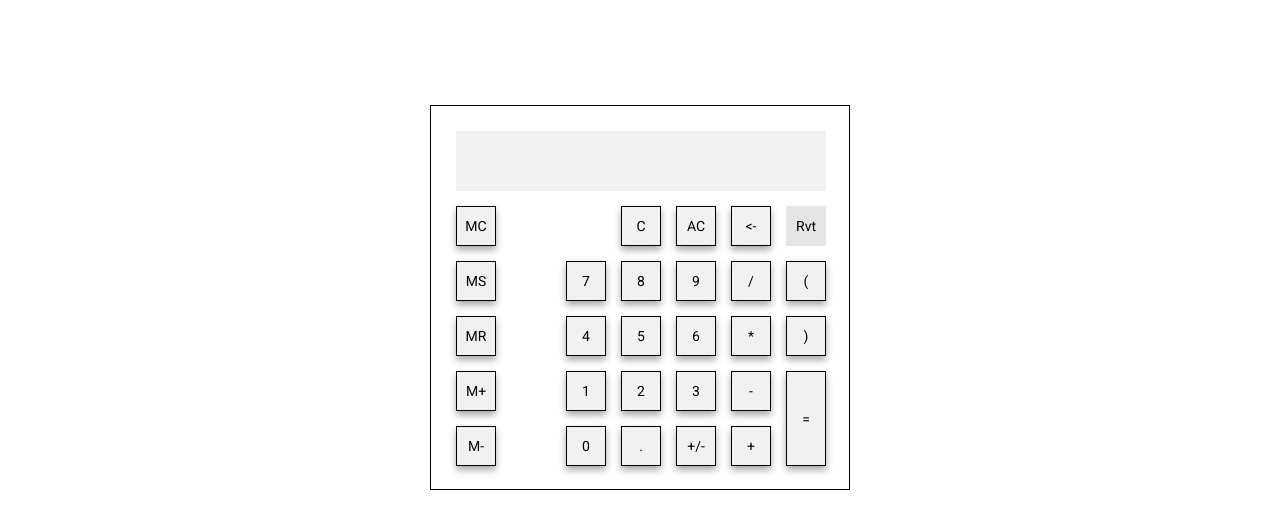
Repository: Teracle/calculator
Page: index.html
An editor plug-in stored every save of this project. The page is shown before and after the next save, followed by the edit.
The browser window is 1280 px wide. The pictures show the whole page.
After loading, the first visible `div.button` was clicked once.

Above is the page before, as saved 2022-05-07 09:42:20.
Console error: ReferenceError: textArea is not defined

### index.html
<!DOCTYPE html>
<html lang="en">
<head>
    <meta charset="UTF-8">
    <meta http-equiv="X-UA-Compatible" content="IE=edge">
    <meta name="viewport" content="width=device-width, initial-scale=1.0">
    <title>Document</title>
    <link rel="stylesheet" href="./css/style.css">

    <!--Google fonts-->
    <link rel="preconnect" href="https://fonts.googleapis.com">
    <link rel="preconnect" href="https://fonts.gstatic.com" crossorigin>
    <link href="https://fonts.googleapis.com/css2?family=Roboto&display=swap" rel="stylesheet">
    <!--Google fonts-->

</head>
<body>

    <section class="calculator">


        <div data-current-operand  class="result-field" id="result"></div>


        <div class="container">
            <div  class="previous-operand"></div>
            <div  class="current-operand"></div>

        <div class="buttons-col1">
            <div class="button">MC</div>
            <div class="button">MS</div>
            <div class="button">MR</div>
            <div class="button">M+</div>
            <div class="button">M-</div>
        </div>

        <!-- <div class="buttons-row">
            <div class="button">C</div>
            <div class="button">AC</div>
            <div class="button"><-</div>
            <div class="button button-rvt">Rvt</div>
        </div> -->

        <div class="buttons-row1">
            <div></div>
            <div data-number class="button">7</div>
            <div data-number class="button">4</div>
            <div data-number class="button">1</div>
            <div data-number class="button">0</div>

        </div>

        <div class="buttons-row2">
            <div data-all-clear id="clear" class="button">C</div>
            <div data-number class="button">8</div>
            <div data-number class="button">5</div>
            <div data-number class="button">2</div>
            <div class="button">.</div>

        </div>
        <div class="buttons-row2">
            <div data-all-clear class="button">AC</div>
            <div data-number class="button">9</div>
            <div data-number class="button">6</div>
            <div data-number class="button">3</div>
            <div class="button">+/-</div>

        </div>

        <div class="buttons-row2">
            <div data-delete class="button"><-</div>
            <div data-operation class="button" id="divide">/</div>
            <div data-operation class="button" id="times">*</div>
            <div data-operation class="button" id="minus">-</div>
            <div data-operation class="button" id="plus">+</div>

        </div>

        <div class="buttons-row2">
            <div class="button button-rvt">Rvt</div>
            <div class="button">(</div>
            <div class="button">)</div>
            <div data-equals id="result-btn" class="button button-calculate">=</div>


        </div>


        <!-- <div class="buttons-grid-main">
            <div class="button">7</div>
            <div class="button">4</div>
            <div class="button">1</div>
            <div class="button">0</div>
        </div> -->


        </div>

    </section>


    <script src="./js/script.js"></script>
</body>
</html>

### css/style.css
*{
    box-sizing: border-box;
}

h1,h2,h3,h4,h5,p{
    margin: 0;
    padding: 0;
}

body{
    font-family:'Roboto',sans-serif;
    font-weight: 400;
    font-size: 14px;
    color: #000000;
}

.container{
    margin-left: 25px;
    margin-right: 25px;
    max-width: 371px;
    display: flex;
}

.calculator{
    max-width: 420px;
    height: 385px;
    margin: 105px auto;
    border:1px solid #000000;
}

.result-field{
    margin: 25px;
    margin-bottom: 15px;
    width:370px;
    height: 60px;
    background-color: #F1F1F1;
    padding-left: 162px;
    padding-right: 15px;
    padding-top: 13px;
    font-size: 28px;
    line-height: 33px;
    text-align: right;
}



.buttons-col1>*{
    margin-bottom: 15px;
}


.button{
    width: 40px;
    height: 40px;
    background-color: #F1F1F1;
    border:1px solid #000000;
    box-shadow:0px 4px 7px rgb(0 0 0 / 35%);
    display: flex;
    justify-content: center;
    align-items: center;
    cursor: pointer;
    transition: transform .2s ease-in, box-shadow .2s ease-in;
}


.button:active{
    transform: scale(0.85);
    box-shadow: 3px 2px 25px 1px rgba(0,0,0,0.25);
}

.buttons-row{
    margin-left: 110px;
    display: flex;
}

.buttons-row>*{
    margin-left: 15px;
}

.button-rvt{
   background-color: #E5E5E5;
   border: none;
   box-shadow: unset;
}

.buttons-row1{
    margin-top: 40px;
    margin-left: 70px;
}

.buttons-row1>*,.buttons-row2>*{
    margin-bottom: 15px;
}

.buttons-row2{
    margin-left: 15px;

}

.button-calculate{
    height: 95px;
}

### js/script.js

// class Calculator {
//     constructor(previousOperandTextElement, currentOperandTextElement) {
//       this.previousOperandTextElement = previousOperandTextElement
//       this.currentOperandTextElement = currentOperandTextElement
//       this.clear();
//     }

//     clear() {
//       this.currentOperand = '';
//       this.previousOperand = '';
//       this.operation = undefined;
//     }

//     delete() {
//       this.currentOperand = this.currentOperand.toString().slice(0, -1);
//     }

//     appendNumber(number) {
//       if (number === '.' && this.currentOperand.includes('.')) return
//       this.currentOperand = this.currentOperand.toString() + number.toString()
//     }

//     chooseOperation(operation) {
//       if (this.currentOperand === '') return
//       if (this.previousOperand !== '') {
//         this.compute()
//       }
//       this.operation = operation
//       this.previousOperand = this.currentOperand
//       this.currentOperand = ''
//     }

//     compute() {
//       let computation
//       const prev = parseFloat(this.previousOperand)
//       const current = parseFloat(this.currentOperand)
//       if (isNaN(prev) || isNaN(current)) return
//       switch (this.operation) {
//         case '+':
//           computation = prev + current
//           break
//         case '-':
//           computation = prev - current
//           break
//         case '*':
//           computation = prev * current
//           break
//         case '÷':
//           computation = prev / current
//           break
//         default:
//           return
//       }
//       this.currentOperand = computation
//       this.operation = undefined
//       this.previousOperand = ''
//     }

//     getDisplayNumber(number) {
//       const stringNumber = number.toString()
//       const integerDigits = parseFloat(stringNumber.split('.')[0])
//       const decimalDigits = stringNumber.split('.')[1]
//       let integerDisplay
//       if (isNaN(integerDigits)) {
//         integerDisplay = ''
//       } else {
//         integerDisplay = integerDigits.toLocaleString('en', { maximumFractionDigits: 0 })
//       }
//       if (decimalDigits != null) {
//         return `${integerDisplay}.${decimalDigits}`
//       } else {
//         return integerDisplay
//       }
//     }

//     updateDisplay() {
//       this.currentOperandTextElement.innerText =
//         this.getDisplayNumber(this.currentOperand)
//       if (this.operation != null) {
//         this.previousOperandTextElement.innerText =
//           `${this.getDisplayNumber(this.previousOperand)} ${this.operation}`
//       } else {
//         this.previousOperandTextElement.innerText = ''
//       }
//     }
//   }


//   const numberButtons = document.querySelectorAll('[data-number]')
//   const operationButtons = document.querySelectorAll('[data-operation]')
//   const equalsButton = document.querySelector('[data-equals]')
//   const deleteButton = document.querySelector('[data-delete]')
//   const allClearButton = document.querySelector('[data-all-clear]')
//   const previousOperandTextElement = document.querySelector('[data-previous-operand]')
//   const currentOperandTextElement = document.querySelector('[data-current-operand]')

//   const calculator = new Calculator(previousOperandTextElement, currentOperandTextElement)

//   numberButtons.forEach(button => {
//     button.addEventListener('click', () => {
//       calculator.appendNumber(button.innerText);
//       calculator.updateDisplay();
//     })
//   })

//   operationButtons.forEach(button => {
//     button.addEventListener('click', () => {
//       calculator.chooseOperation(button.innerText);
//       calculator.updateDisplay();

//     })
//   })

//   equalsButton.addEventListener('click', button => {
//     calculator.compute()
//     calculator.updateDisplay()
//   })

//   allClearButton.addEventListener('click', button => {
//     calculator.clear()
//     calculator.updateDisplay()
//   })

//   deleteButton.addEventListener('click', button => {
//     calculator.delete()
//     calculator.updateDisplay()
//   })

//   document.addEventListener('keydown', function (event) {
//     let patternForNumbers = /[0-9]/g;
//     let patternForOperators = /[+\-*\/]/g
//     if (event.key.match(patternForNumbers)) {
//       event.preventDefault();
//       calculator.appendNumber(event.key)
//       calculator.updateDisplay()
//     }
//     if (event.key === '.') {
//       event.preventDefault();
//       calculator.appendNumber(event.key)
//       calculator.updateDisplay()
//     }
//     if (event.key.match(patternForOperators)) {
//       event.preventDefault();
//       calculator.chooseOperation(event.key)
//       calculator.updateDisplay()
//     }
//     if (event.key === 'Enter' || event.key === '=') {
//       event.preventDefault();
//       calculator.compute()
//       calculator.updateDisplay()
//     }
//     if (event.key === "Backspace") {
//       event.preventDefault();
//       calculator.delete()
//       calculator.updateDisplay()
//     }
//     if (event.key == 'Delete') {
//       event.preventDefault();
//       calculator.clear()
//       calculator.updateDisplay()
//     }

//   });


const calculator=document.querySelector('.calculator');

const result=document.querySelector('.result-field');

const buttons=document.querySelectorAll('.button');

const buttonClick=(e)=>{
  if(e.target.innerHTML==='C')
  result.innerHTML='0';
  else if (e.target.innerHTML === '=') {
  // Если нажата кнопка "=", то, приведя выражение
  // в текстовом поле к javascript, вычислить значение
  result.innerHTML = eval(result.innerHTML);
} else if (textArea.innerHTML === '0') {
  // Если textarea содержит только "0", то
  // стереть "0" и записать
  // значения кнопки в текстовое поле
  result.innerHTML = e.target.innerHTML;
} else {
  // Добавление значения кнопки в текстовое поле
  result.innerHTML += e.target.innerHTML;
}
}


buttons.forEach((button)=>{
  button.addEventListener('click',buttonClick);
});

After the next save:
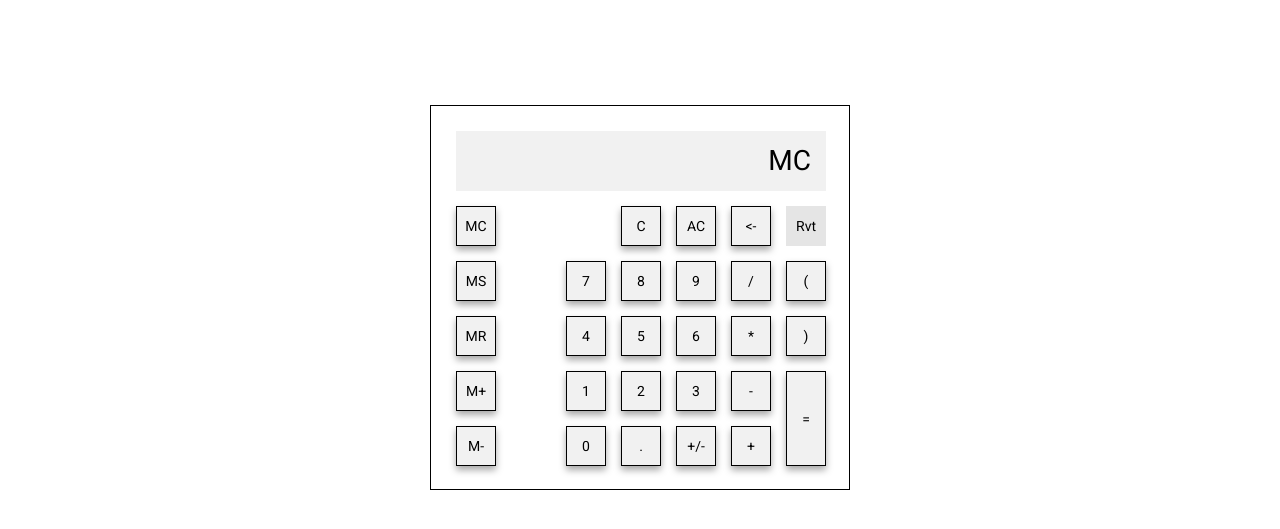
The error is gone.
Saved 34 s later.
--- a/js/script.js
+++ b/js/script.js
@@ -177,7 +177,7 @@ const buttonClick=(e)=>{
   // Если нажата кнопка "=", то, приведя выражение
   // в текстовом поле к javascript, вычислить значение
   result.innerHTML = eval(result.innerHTML);
-} else if (textArea.innerHTML === '0') {
+} else if (result.innerHTML === '0') {
   // Если textarea содержит только "0", то
   // стереть "0" и записать
   // значения кнопки в текстовое поле
